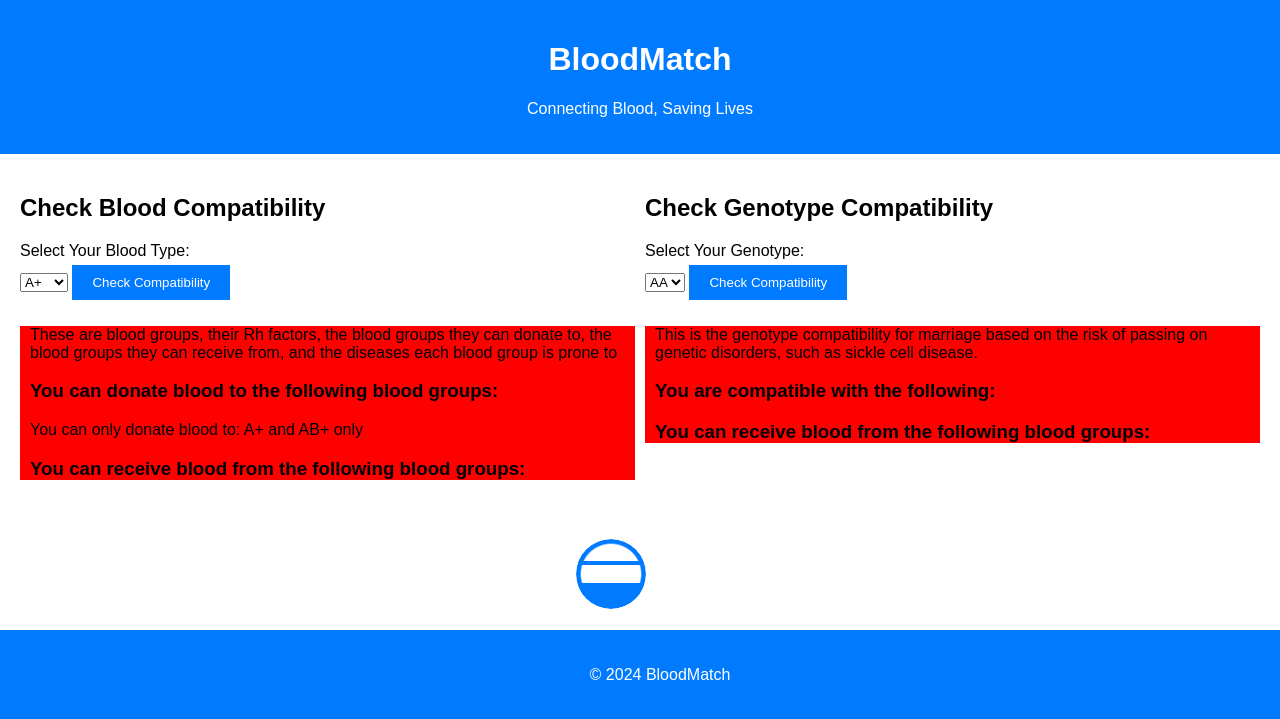
Repository: JuliusMonday/BloodMatch
Page: index.html
The author's editor kept a copy of each file at every save. The page is drawn from the files as they stood at one save, then again after a run of saves.
The browser window is 1280 px wide. The pictures show the whole page.
After loading, the first visible `button` was clicked once.

Above is the page before, as saved 2024-05-02 17:49:14.

After the next 2 saves:
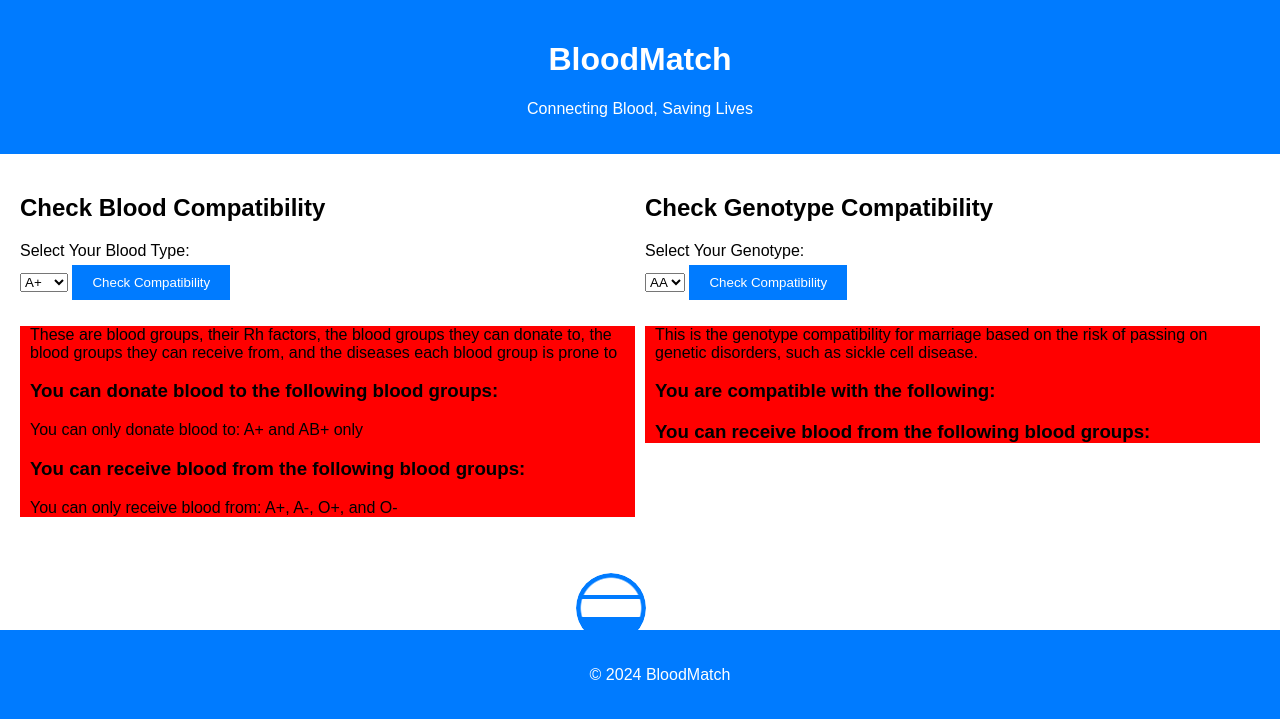
The 2 saves are shown as one change because they came seconds apart.
The last was saved 25 s later.
--- a/script.js
+++ b/script.js
@@ -11,7 +11,7 @@ const checkBloodCompatibility = () =>{
     switch(selectedBloodType) {
       case "A+":
         canDonateTo.textContent = `You can only donate blood to: A+ and AB+ only`;
-        canReceiveFrom.innerHtml = `You can only receive blood from: A+, A-, O+, and O-`;
+        canReceiveFrom.textContent = `You can only receive blood from: A+, A-, O+, and O-`;
         break;
       case "A-":
 
